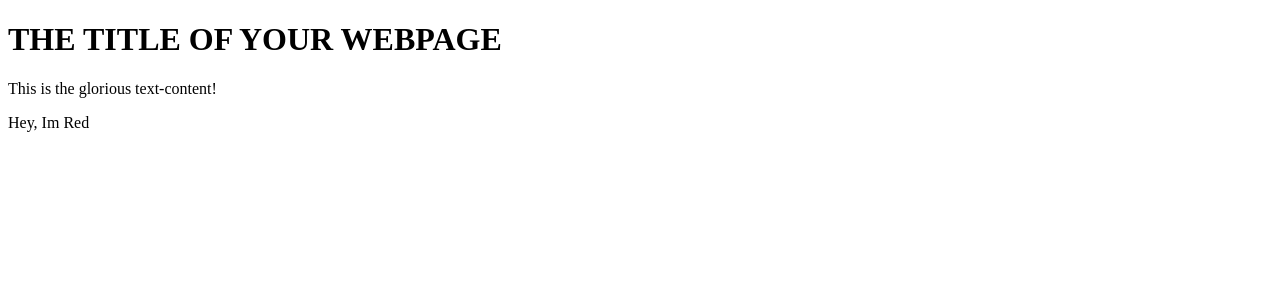
Repository: mnhardy1504/odin-recipes1
Page: repos/js-practice/indextwo.html
An editor plug-in stored every save of this project. The page is shown before and after the next save, followed by the edit.
The browser window is 1280 px wide. The pictures show the whole page.

Above is the page before, as saved 2023-10-14 18:37:34.

After the next save:
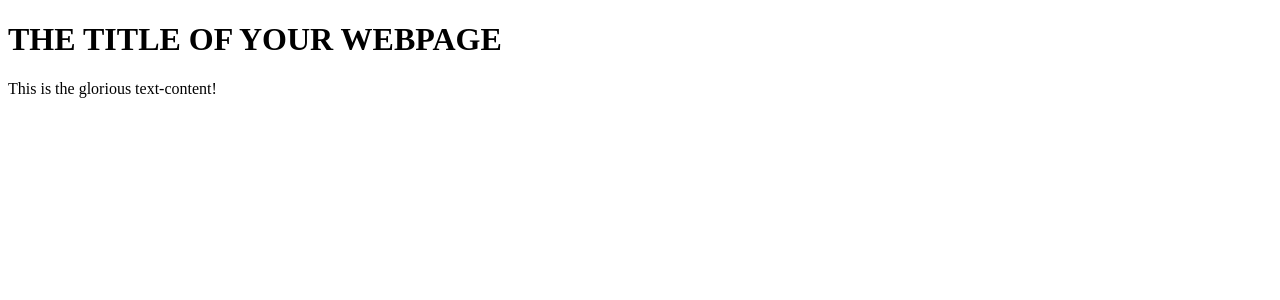
Console error: ReferenceError: div is not defined
Saved 11 min 8 s later.
--- a/repos/js-practice/indextwo.js
+++ b/repos/js-practice/indextwo.js
@@ -1,7 +1,7 @@
 const container = document.querySelector('#container');
 
 const content = document.createElement('p');
-content.classList.add('red-style');
+content.classList.add(div.style.color ='red');
 content.textContent = 'Hey, Im Red';
 
 container.appendChild(content);
